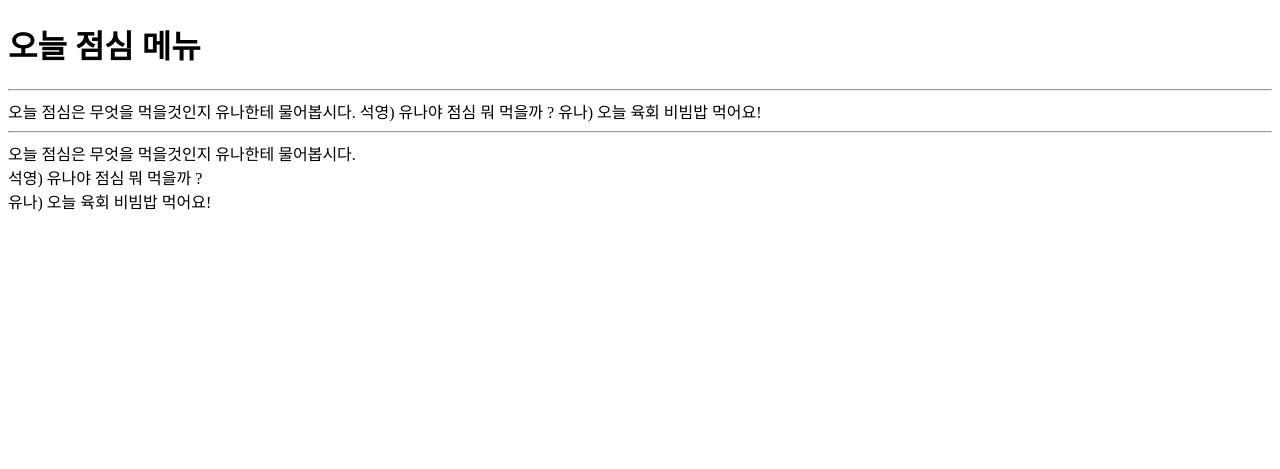
Repository: donggunjang/KOSTA_FE
Page: day0703/src/main/webapp/ex03.html
These files come from the project's save history. The page is drawn as it stood at one moment and after the next save; the edit follows.
The browser window is 1280 px wide. The pictures show the whole page.

Above is the page before, as saved 2024-07-03 02:39:56.

### day0703/src/main/webapp/ex03.html
<!DOCTYPE html>
<html>
<head>
<meta charset="EUC-KR">
<title>Insert title here</title>
</head>
<body>
	<h1>오늘 점심 메뉴</h1>
	<hr>
	오늘 점심은 무엇을 먹을것인지 유나한테 물어봅시다.
	석영) 유나야 점심 뭐 먹을까 ?
	유나) 오늘 육회 비빔밥 먹어요!
	<hr>
	오늘 점심은 무엇을 먹을것인지 유나한테 물어봅시다.<br>
	석영) 유나야 점심 뭐 먹을까 ? <br>
	유나) 오늘 육회 비빔밥 먹어요! <br>
</body>
</html>

After the next save:
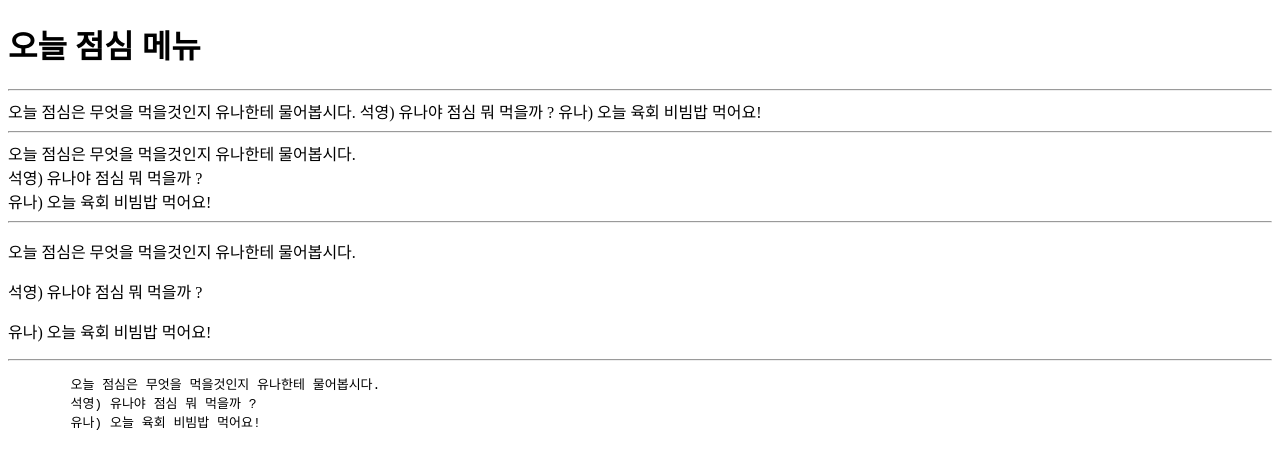
Saved 102 s later.
--- a/day0703/src/main/webapp/ex03.html
+++ b/day0703/src/main/webapp/ex03.html
@@ -14,5 +14,15 @@
 	오늘 점심은 무엇을 먹을것인지 유나한테 물어봅시다.<br>
 	석영) 유나야 점심 뭐 먹을까 ? <br>
 	유나) 오늘 육회 비빔밥 먹어요! <br>
+	<hr>
+	<p>오늘 점심은 무엇을 먹을것인지 유나한테 물어봅시다.</p>
+	<p>석영) 유나야 점심 뭐 먹을까 ?</p>
+	<p>유나) 오늘 육회 비빔밥 먹어요!</p>
+	<hr>
+	<pre>
+	오늘 점심은 무엇을 먹을것인지 유나한테 물어봅시다.
+	석영) 유나야 점심 뭐 먹을까 ?
+	유나) 오늘 육회 비빔밥 먹어요!
+	</pre>
 </body>
 </html>
